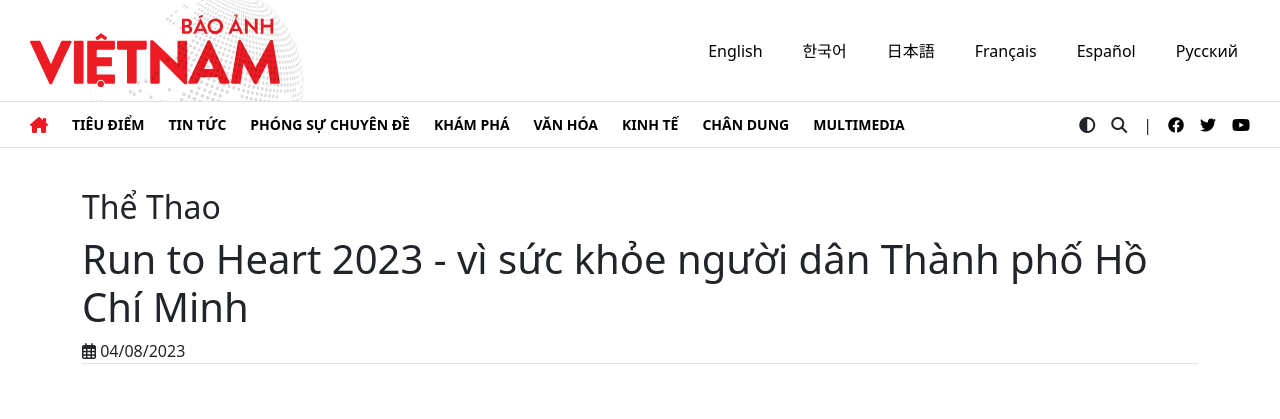
Repository: kietdotshp/webtintuc
Page: Detail.html
An editor plug-in stored every save of this project. The page is shown before and after the next save, followed by the edit.
The browser window is 1280 px wide. The pictures show the whole page.
Some web libraries are served in a nearby version.

Above is the page before, as saved 2023-08-10 16:04:02.

After the next save:
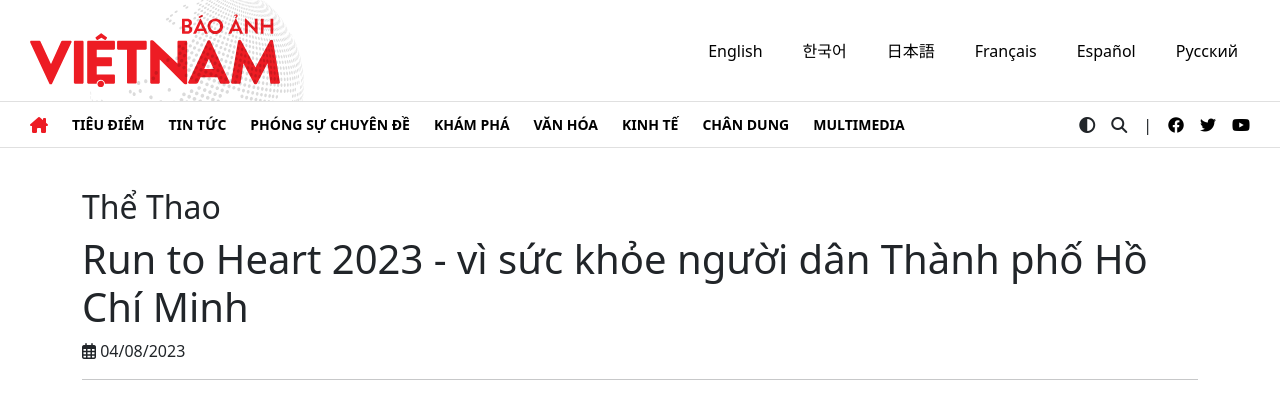
Saved 86 s later.
--- a/Detail.html
+++ b/Detail.html
@@ -103,7 +103,7 @@
                     04/08/2023
                 </time>
             </div>
-            <div class="line-seperate-horizontal"></div>
+            <hr />
         </div>
     </div>
 </body>
